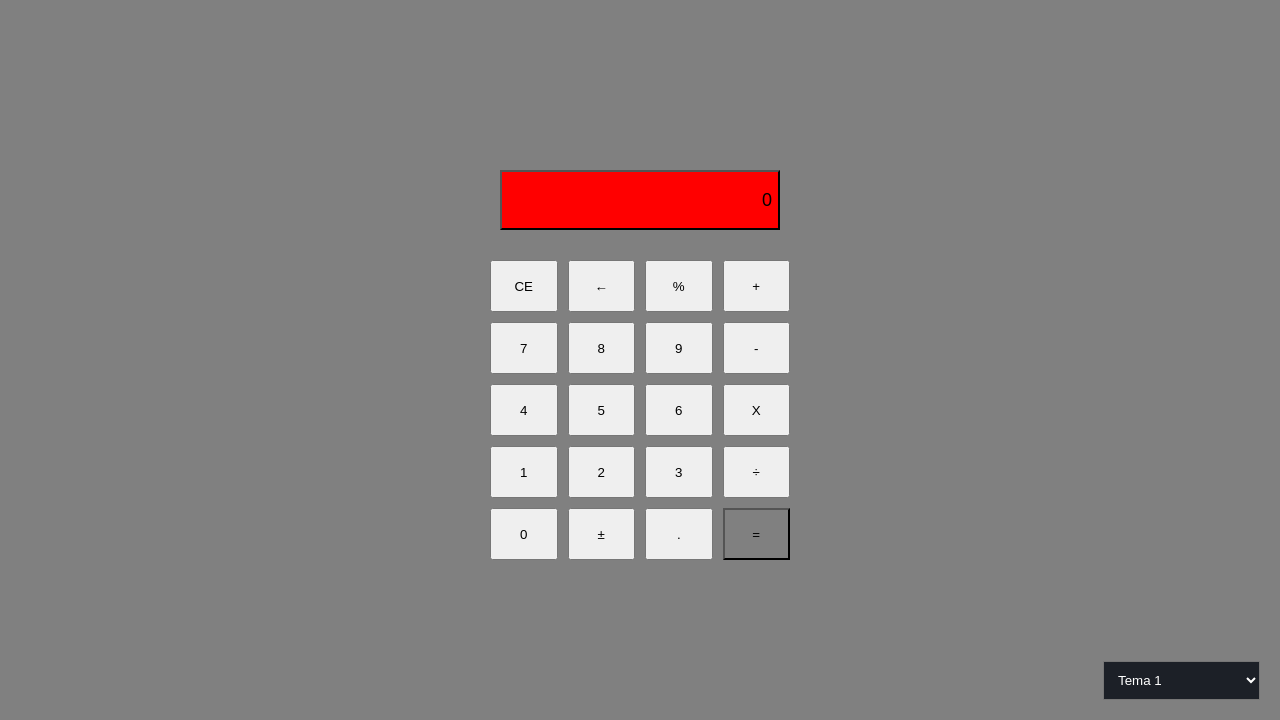
Repository: thislucasme/changing-theme-color-html-css-js
Page: index.html
These files come from the project's save history. The page is drawn as it stood at one moment and after the next save; the edit follows.
The browser window is 1280 px wide. The pictures show the whole page.
After loading, the first visible `#tema` was changed once.

Above is the page before, as saved 2022-06-29 16:29:34.

### index.html
<!DOCTYPE html>
<html lang="pt_BR">

<head>
    <meta charset="UTF-8">
    <meta http-equiv="X-UA-Compatible" content="IE=edge">
    <meta name="viewport" content="width=device-width, initial-scale=1.0">
    <title>Atividade 22 - Calculadora Javascript</title>
    <link href="css/estilo.css" rel="stylesheet"/>
</head>

<body>
    <div class="calculadora">
        <div class="painel" >
            <div class="operacao" ></div>
            <div class="resultado"></div>
            <button id="resultado"  name="resultado">0</button>
        </div>

        <div class="botoes">
            <button class="botao" id="apagar" onclick="limpar(0)">CE</button>
            <button class="botao" id="apagar" onclick="apagarUltimo()">&#8592;</button>
            <button class="botao" id="porcentagem" onclick="porcentagem()">%</button>
            <button class="botao" id="soma" onclick="verificarSinal('+')">+</button>
            <button class="botao" id="sete" onclick="pegarNumero(7)">7</button>
            <button class="botao" id="oito" onclick="pegarNumero(8)">8</button>
            <button class="botao" id="nove" onclick="pegarNumero(9)">9</button>
            <button class="botao" id="subtrair" onclick="verificarSinal('-')">-</button>
            <button class="botao" id="quatro" onclick="pegarNumero(4)">4</button>
            <button class="botao" id="cinco" onclick="pegarNumero(5)">5</button>
            <button class="botao" id="seis" onclick="pegarNumero(6)">6</button>
            <button class="botao" id="multiplicar" onclick="verificarSinal('x')">X</button>
            <button class="botao" id="um" onclick="pegarNumero(1)">1</button>
            <button class="botao" id="dois" onclick="pegarNumero(2)">2</button>
            <button class="botao" id="3" onclick="pegarNumero(3)">3</button>
            <button class="botao" id="dividir" onclick="verificarSinal('/')">&#247;</button>
            <button class="botao" id="0" onclick="pegarNumero(0)">0</button>
            <button class="botao" id="mais/menos" onclick="mudarSinal()">&#177;</button>
            <button class="botao" id="virgula" onclick="colocarPonto()">.</button>
            <button class="botao" id="igual" onclick="darResultado()">=</button>
        </div>
    </div>
    <select name="tema" id="tema" >
        <option value="t">Selecione um tema</option>
        <option value="tema-1">Tema 1</option>
        <option value="tema-2">Tema 2</option>
        <option value="tema-3">Tema 3</option>
        <option value="tema-4">Tema 4</option>
        <option value="tema-5">Tema 5</option>
    </select>
</body>

<script src="js/script.js" ></script>

</html>

### css/estilo.css
body {
    background-color: grey;
}

html {
    margin: 0;
    padding: 0;
    height: 100vh;
    display: flex;
    justify-content: center;
    align-items: center;
}

.tema-1 {
    --color-primary: #0060df;
    --color-secondary: #fbfbfe;
    --color-accent: #fd6f53;
    --font-color: #000000;
    --visor-color: #000000;
    --visor-interno-color: #696969;
    --cor-botao-igual: rgb(210, 241, 33);
}

.theme-dark {
    --color-primary: #17ed90;
    --color-secondary: #243133;
    --color-accent: #12cdea;
    --font-color: #ffffff;
    --visor-color: #000000;
    --visor-interno-color: #575107;
    --cor-botao-igual: rgb(238, 61, 61);
}

.calculadora {
    width: 300px;
    height: 400px;
    background-color: var(--color-secondary);
    border-radius: 20px;
    padding: 25px;
    display: flex;
    flex-direction: column;

}

#igual {
    background-color: var(--cor-botao-igual);
}



.painel {
    height: 80px;
    width: 100%;
    background-color: var(--visor-color);
    margin-bottom: 20px;
    font-family: 'LCDMono2 Bold', monospace;
    color: rgba(0, 0, 0, 0.6);
    text-shadow: 4px 4px 3px rgb(0 0 0 / 30%);
    padding: 10px;
    box-sizing: border-box;
    text-align: right;
}

#resultado {
    background-color: red;
    height: 60px;
    width: 100%;
    text-align: right;
    font-size: 18px;
}

.botoes {

    display: grid;
    grid-template-columns: repeat(4, 1fr);
    grid-template-rows: repeat(5, 1fr);
    gap: 10px;
    flex: 1;
}

.botoes a {

    background-color: #666;
    text-decoration: none;
    color: black;
    text-align: center;
    font-size: 1.5em;
    display: flex;
    justify-content: center;
    align-items: center;
}

.btn-igual {
    grid-row-start: 4;
    grid-row-end: 6;
    grid-column-start: 4;

}

.btn-c {
    grid-column-start: 1;
    grid-column-end: 3;
}

.btn-0 {
    grid-column-start: 1;
    grid-column-end: 3;
}

#tema {
    background-color: rgb(28, 32, 39);
    color: white;
    padding: 10px;
    position: fixed;
    bottom: 20px;
    right: 20px;
}

#tema>option:hover {
    box-shadow: 0 0 10px 100px #a86218 inset;

}

.tema-1 {
    background-color: grey;
}

.tema-1 .botoes a {
    background-color: aquamarine;
    box-shadow: #666;
}

.tema-2 {
    background-color: red;
}

.tema-3 {
    background-color: azul;
}

.tema-4 {
    background-color: aquamarine;
}

@font-face {
    font-family: 'LCDMono2 Bold';
    font-style: normal;
    font-weight: normal;
    src: local('LCDMono2 Bold'), url('../fonts/LCDM2B__.woff') format('woff');
}

### js/script.js
const nmrTela = document.getElementById("resultado")
var valoresEspaco = '';
var valores = []
window.addEventListener("keydown", teclado);



function pegarNumero(numero) {
    if (nmrTela.innerHTML == "0") {
        nmrTela.innerHTML = numero
    }
    else {
        nmrTela.innerHTML += `${numero}`
    }
}

function verificarSinal(sinal) {
    if (valores.length <= 1) {
        valoresEspaco = nmrTela.innerHTML.split(' ')
        valores.push(parseFloat(nmrTela.innerHTML))
        nmrTela.innerHTML += ` ${sinal} `
        valores.push(sinal)
    }
}

function porcentagem() {
    var caracteres = nmrTela.innerHTML.split(' ')
    console.log(caracteres.length, caracteres)
    if (caracteres.length == 3) {
        var valorPorCento = parseFloat(caracteres[2]) / 100
        var caracteresValor2 = caracteres[2].split('')
        if (caracteresValor2.length != 0) {
            if (caracteresValor2[caracteresValor2.length - 1] != "%") {
                nmrTela.innerHTML += '%'
            }
            valores.push(valorPorCento)
        }
    }
}

function colocarPonto() {
    var caracteresDaConta = []
    var caracteresValor1 = []
    var caracteresValor2 = []
    caracteresDaConta.push(nmrTela.innerHTML.trim().split(' '))//separa entre valor 1, operação e valor2
    caracteresValor1.push(caracteresDaConta[0][0].split(''))//separa cada caractere do valor 1

    if (caracteresDaConta[0].length == 3) {
        caracteresValor2.push(caracteresDaConta[0][2].split(''))//se exister 3 posições, separa cada caractere do valor 2
        verificarSeExistePonto(caracteresValor2)
    }

    verificarSeExistePonto(caracteresValor1)

    function verificarSeExistePonto(caracteresValor) {
        for (let i in caracteresValor[0]) {
            if (caracteresValor[0][i] == '.') {
                var acumuladora = '.'
            }
        }

        if (!(acumuladora == '.')) {
            nmrTela.innerHTML += '.'
        }
    }
}

function mudarSinal() {
    const caracteresDaConta = nmrTela.innerHTML.trim().split(' ')
    let caracteresValor1 = caracteresDaConta[0].split('')
    let valor1 = ''
    let valor2 = ''

    if (caracteresDaConta.length == 3) {
        var caracteresValor2 = caracteresDaConta[2].split('')

        if (caracteresValor2[0] == '-') {
            caracteresValor2.shift()
            imprimirValor(caracteresValor2, valor2, caracteresDaConta)
        }
        else {
            caracteresValor2.unshift('-')
            imprimirValor(caracteresValor2, valor2, caracteresDaConta);
        }
    }

    if (valores.length == 0) {
        if (caracteresValor1[0] == "-") {
            caracteresValor1.shift()
            imprimirValor(caracteresValor1, valor1)
        }
        else {
            caracteresValor1.unshift('-')
            imprimirValor(caracteresValor1, valor1)
        }
    }

    function imprimirValor(caracteresValor, valorNumero, caracteresConta) {
        caracteresValor.forEach(valor => {
            valorNumero += valor;
        })
        if (caracteresConta != undefined) {
            nmrTela.innerHTML = `${caracteresConta[0]} ${caracteresConta[1]} ${valorNumero}`
        }
        else {
            nmrTela.innerHTML = valorNumero
        }
    }
}

function darResultado() {
    var resultado = 0
    var operacao = valores[1]
    if (operacao == '-') {
        tratarResultado('-')
    }
    else if (operacao == '+') {
        tratarResultado('+')
    }
    else if (operacao == 'x') {
        tratarResultado('*')
    }
    else if (operacao == '/') {
        tratarResultado('/')
    }
    valores.splice(0, 3)

    function tratarResultado(operacao) {
        valoresEspaco = nmrTela.innerHTML.split(' ')
        valores.push(valoresEspaco[2])
        switch (operacao) {
            case '-':
                resultado = parseFloat(valores[0]) - parseFloat(valores[2])
                limpar(resultado)
                break;
            case '+':
                resultado = parseFloat(valores[0]) + parseFloat(valores[2])
                limpar(resultado)
                break;
            case '*':
                resultado = parseFloat(valores[0]) * parseFloat(valores[2])
                limpar(resultado)
                break;
            case '/':
                resultado = parseFloat(valores[0]) / parseFloat(valores[2])
                limpar(resultado)
                break;
        }
    }
}

function limpar(valor) {
    valores.splice(0, 3)
    nmrTela.innerHTML = valor
}

function apagarUltimo() {
    var caracteres = nmrTela.innerHTML.trim().split('')
    var arrayCaracteresTela = ""
    caracteres.pop()
    for (let i in caracteres) { arrayCaracteresTela += caracteres[i] }
    if ((arrayCaracteresTela == []) || (arrayCaracteresTela == '-')) {
        nmrTela.innerHTML = 0
    }
    else {
        nmrTela.innerHTML = arrayCaracteresTela
    }

    if (caracteres.length == 0) {
        valores.pop()
        valores.pop()
    }
}

function teclado() {
    const numbers = '0123456789'
    const operadores = '+-/x'
    var tecla = event.key
    if (numbers.includes(tecla)) {
        pegarNumero(tecla)
    }
    else if (operadores.includes(tecla)) {
        verificarSinal(tecla)
    }
    else switch (tecla) {
        case '*':
            verificarSinal('x')
            break;
        case '%':
            porcentagem()
            break;
        case '.':
        case ',':
            colocarPonto();
            break;
        case '=':
        case 'Enter':
            darResultado();
            break;
        case 'Backspace':
            apagarUltimo()
            break;
        case 'Escape':
            limpar(0);
            break;
    }
}

const options = document.getElementById("tema");

options.addEventListener("change", function () {
    if (options.value) {
        if (options.value === "tema-1") {
            console.log("tema 1")
        }
        if (options.value === "tema-2") {
            document.getElementsByClassName("calculadora-dois").classList.remove("calculadora-dois");
            document.getElementsByClassName("calculadora-dois").classList.add("calculadora");
        }
        if (options.value === "tema-3") {
            console.log("tema 3")
        }
        if (options.value === "tema-4") {
            console.log("tema 4")
        }
    }
});
function setTheme(themeName) {
    // localStorage.setItem('theme', themeName);
    document.documentElement.className = themeName;
}
setTheme('theme-light');

After the next save:
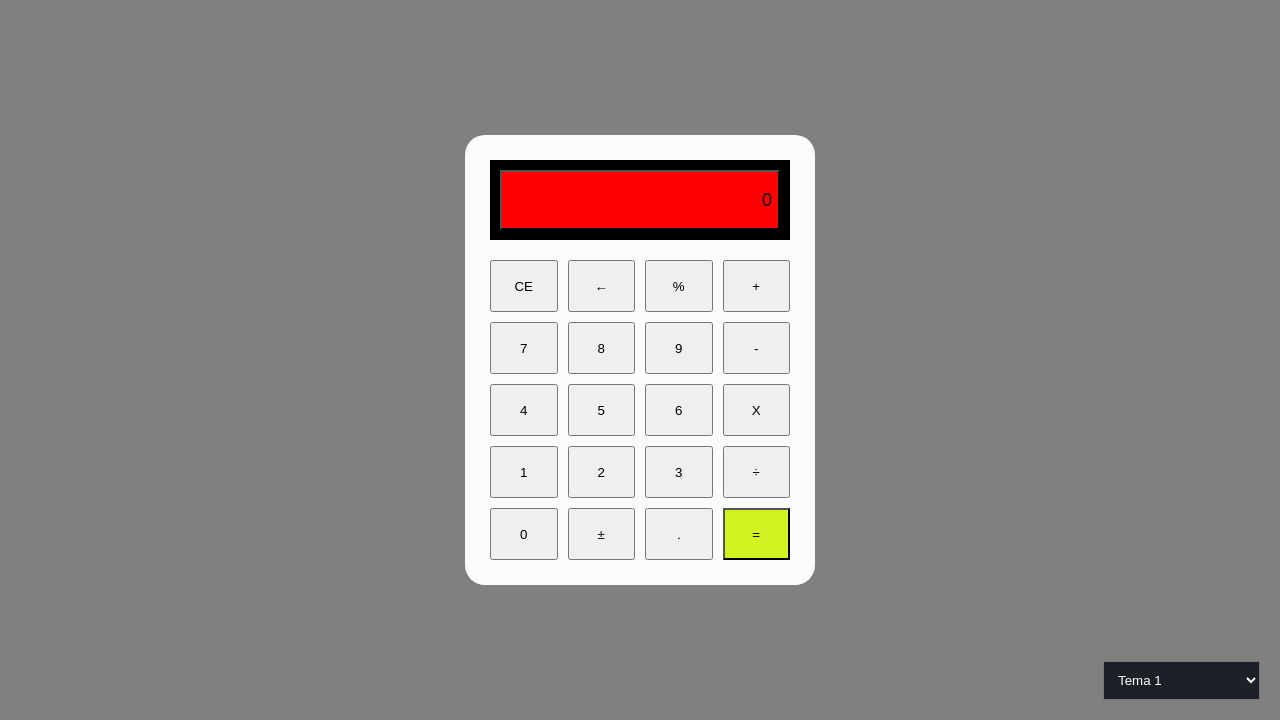
Saved 22 s later.
--- a/js/script.js
+++ b/js/script.js
@@ -211,7 +211,7 @@ const options = document.getElementById("tema");
 options.addEventListener("change", function () {
     if (options.value) {
         if (options.value === "tema-1") {
-            console.log("tema 1")
+            document.documentElement.className = options.value;
         }
         if (options.value === "tema-2") {
             document.getElementsByClassName("calculadora-dois").classList.remove("calculadora-dois");
